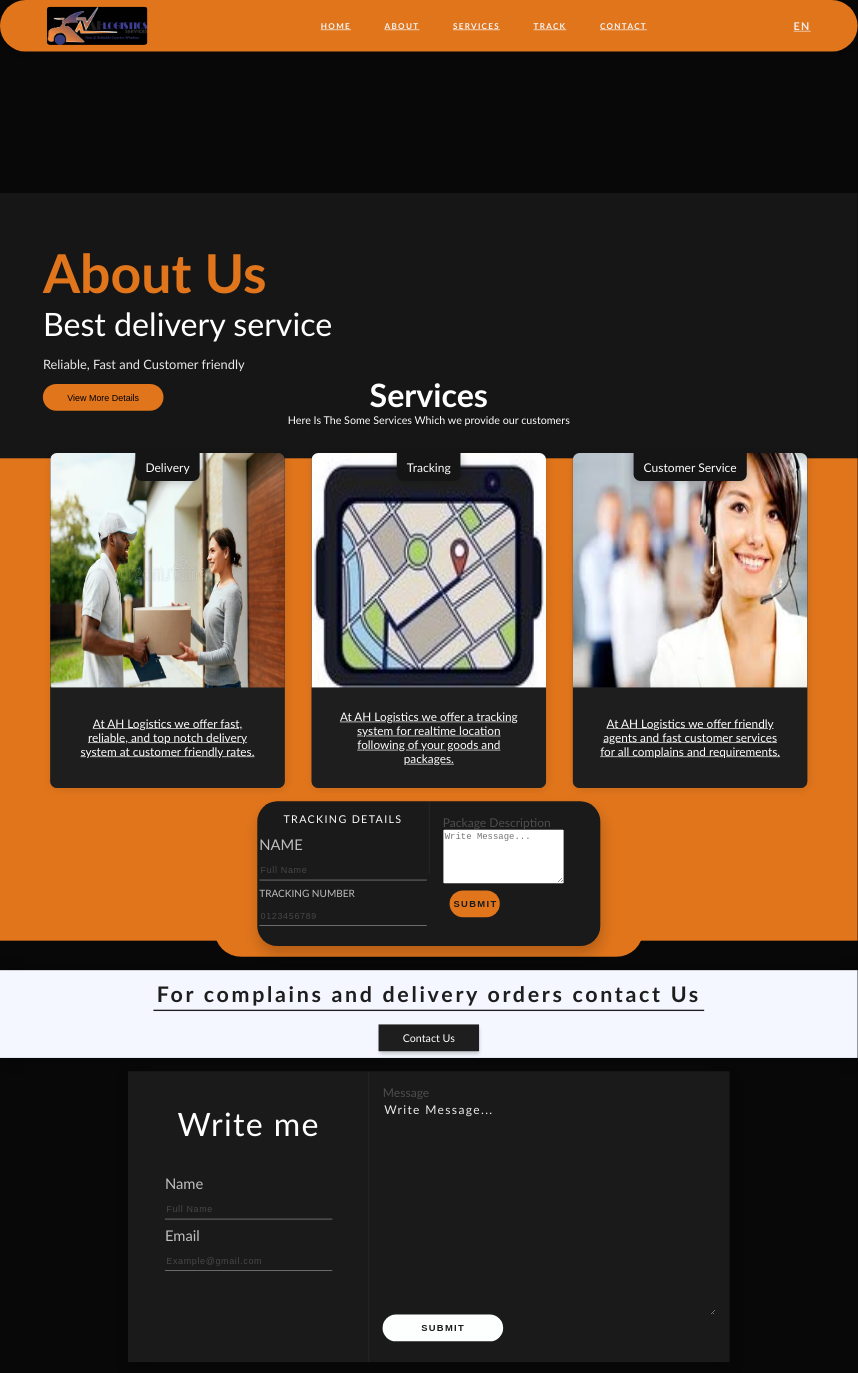
Repository: TheSecretlifeOfX/Ah-Logistics
Page: index.html
An editor plug-in stored every save of this project. The page is shown before and after the next save, followed by the edit.
The browser window is 1280 px wide. The pictures show the whole page, at 67% of full size.

Above is the page before, as saved 2022-03-02 16:24:50.

After the next save:
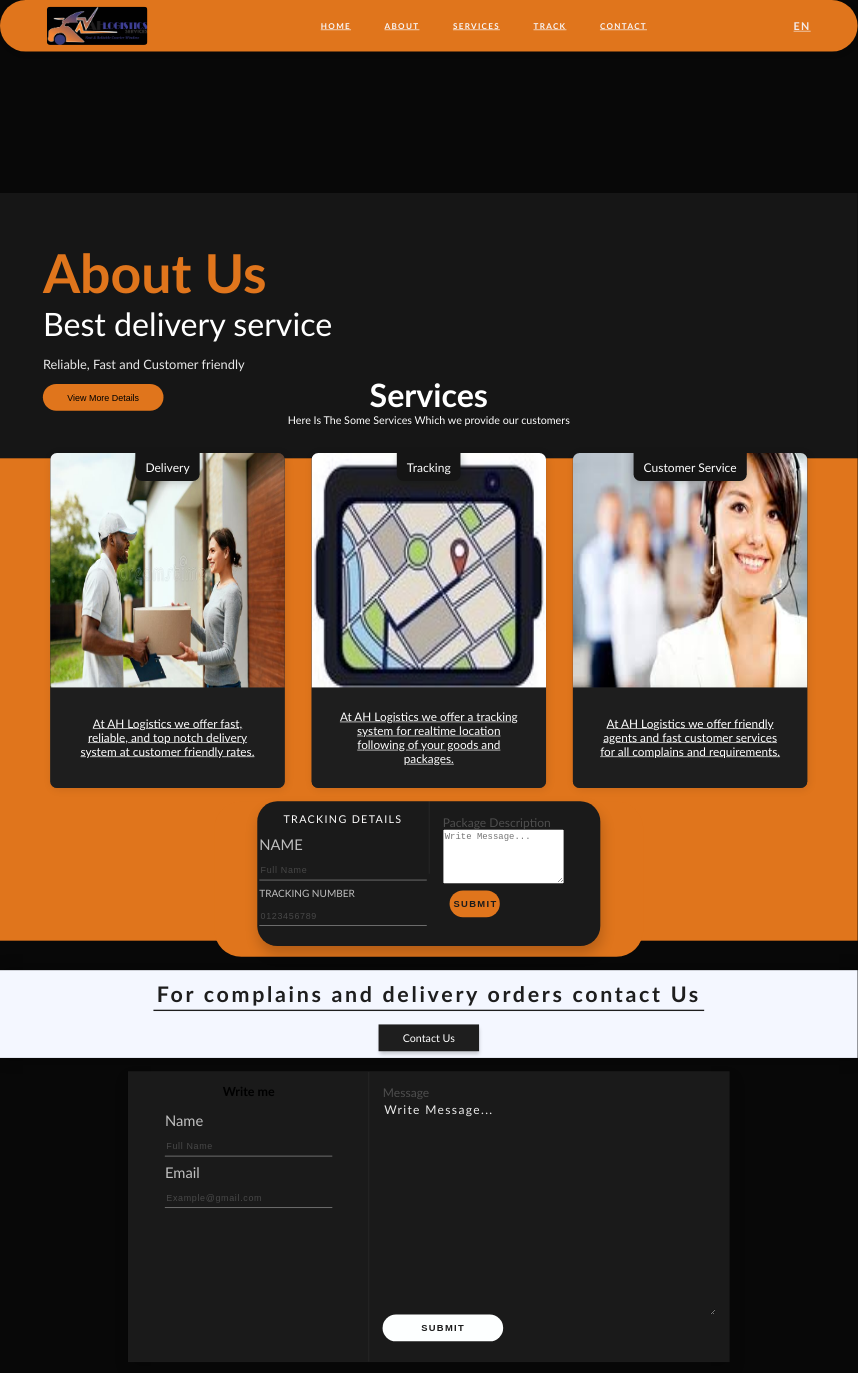
Saved 73 s later.
--- a/css/home.css
+++ b/css/home.css
@@ -379,7 +379,7 @@ body{
 		.contact-right button{
 			width: 100%;
 			height: 50px;
-			background-color: #e0751c;
+			background-color: #fcfaf9;
 			font-weight: bold;
 			outline: none;
 			border: none;
@@ -388,7 +388,11 @@ body{
 			font-size: 14px;
 			text-transform: uppercase;
 			letter-spacing: 2px;
-
+		}
+			.contact-right button:hover{
+				background-color: #e0751c;
+				transition: all ease 0.3s;
+			  }
 		}
 		.c-l-heading{
 			font-family: calibri;
